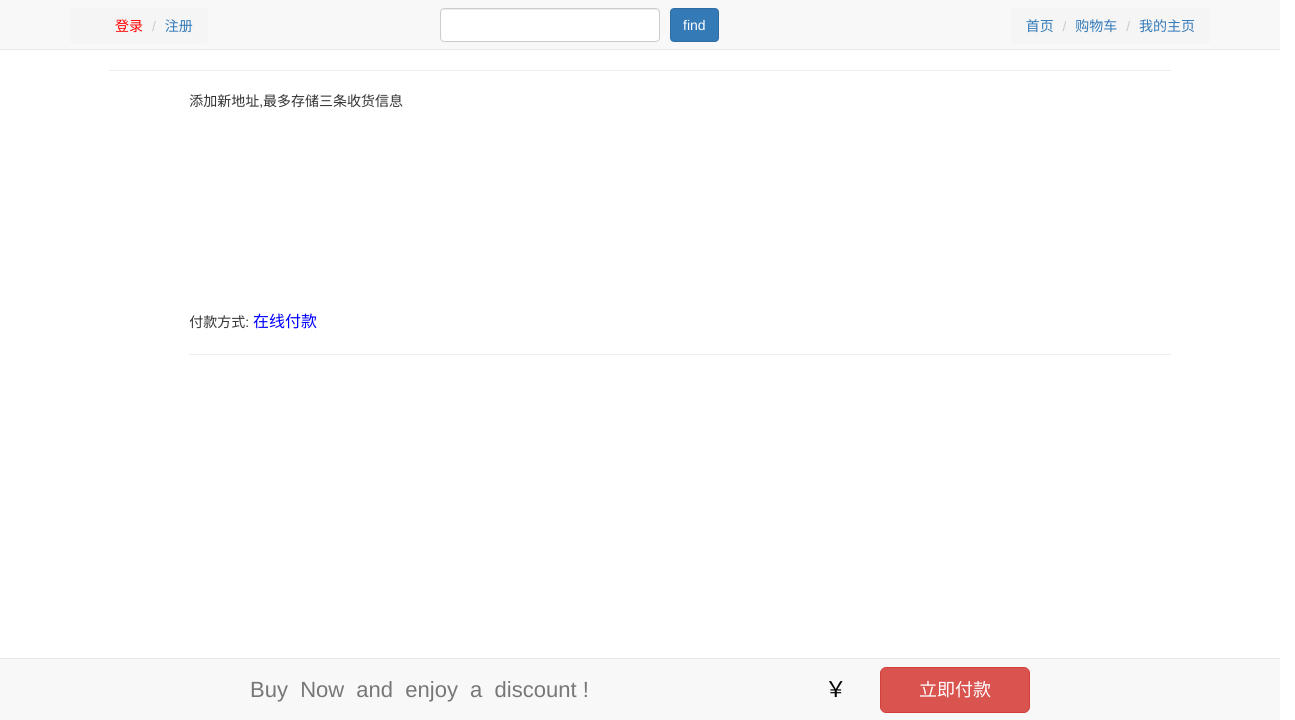
Repository: gaoKuoZqq/ExerciseJavaWebProject
Page: http://localhost/new_mall/WEB-INF/jsp/pay.jsp
An editor plug-in stored every save of this project. The page is shown before and after the next save, followed by the edit.
The browser window is 1280 px wide. The page is 1295 px wide, so the pictures cover 1295 px, including what lies to the right of the window. The pictures show the whole page.
The page is served by Tomcat 9. Nobody is signed in. Other server files are loaded and not shown. The template is opened directly, without the code that normally fills it, so the values that code supplies are empty.

Above is the page before, as saved 2017-10-21 06:55:01.

### new_mall/WebContent/WEB-INF/jsp/pay.jsp
<%@ page language="java" contentType="text/html; charset=utf-8"
    pageEncoding="utf-8"%>
<%@taglib uri="http://java.sun.com/jsp/jstl/core" prefix="c"%>
<%@ taglib uri="http://java.sun.com/jsp/jstl/functions" prefix="fn" %>
<c:set var="ctx" value="${pageContext.request.contextPath}"></c:set>
<!DOCTYPE html PUBLIC "-//W3C//DTD HTML 4.01 Transitional//EN" "http://www.w3.org/TR/html4/loose.dtd">
<html>
<head>
<meta http-equiv="Content-Type" content="text/html; charset=utf-8">
<title>商城首页</title>
</head>
<body style="padding-top: 50px;">
	<jsp:include page="common.jsp" />
	<div class="row">
		<!-- 左侧留出1个格子 -->
		<div class="col-md-1 col-sm-1"></div>
		<!-- 展示区域 开始-->
		<div class="col-md-10 col-sm-10">
			<hr/>
			<!-- 收货地址 -->
			<div style="height:40px; margin-left:80px;">
				<p>添加新地址,最多存储三条收货信息</p>
			</div>
			<div class="row" style="height:180px;width:100%">
			<div class="col-md-2 col-sm-2" ></div>
			<c:forEach items="${shippingsList }" var="shipping" varStatus="status">
			<c:if test="${status.count < 4 }">
				<div class="col-md-3 col-sm-3" style="height:100%;background-color: gray;margin:15px;padding:10px;">
					<div style="height:40%;width:80%">
						<p>${shipping.receiver_name }&nbsp;&nbsp;&nbsp;${shipping.receiver_mobile }</p>
					</div>
					<div style="height:30%;width:80%">
						<p>${shipping.receiver_province }&nbsp;&nbsp;${shipping.receiver_city }&nbsp;&nbsp;${shipping.receiver_district }</p>
					</div>
					<div style="height:30%;width:80%">
						<p>${shipping.receiver_address }</p>
					</div>
				</div>
			</c:if>
			</c:forEach>
			</div>
			<div style="height:50px; margin-left:80px;">
				<p>付款方式: <span style="color:blue;font-size: 16px;">在线付款</span></p>
				<hr/>
			</div>
			<!-- 购物车信息 -->
			<c:forEach items="${cartsList}" var="cart">
				<div class="row" style="height: 150px;" id="cartDiv${cart.id }">
					<div class="col-md-1 col-sm-1"></div>
					<div class="col-md-2 col-sm-2">
						<img src="/pic/${cart.product.main_image }"
							style="height: 150px; width: 100%">
					</div>
					<div class="col-md-3 col-sm-3" style="padding-top: 50px;">
						<a style="display: block; width: 100%;">${cart.product.name }</a>
					</div>
					<div class="col-md-1 col-sm-1"
						style="padding-top: 55px;">
						<p id="price${cart.id }" style="margin: auto;">${cart.product.price }</p>
					</div>
					<div class="col-md-2 col-sm-2" style="padding-top: 55px;">
						<p>￥${cart.quantity }/件</p>
					</div>
					<div class="col-md-2 col-sm-2"
						style="padding-top: 55px;" id="totalPrice${cart.id }">
						共￥${cart.product.price * cart.quantity }</div>
				</div>
				<hr />
			</c:forEach>
		</div>
		<!-- 展示区域 结束-->
		<!-- 右侧留出1个格子 -->
		<div class="col-md-1 col-sm-1"></div>
	</div>
	<!-- 底部的导航条开始 -->
	<nav class="navbar navbar-default navbar-fixed-bottom">
		<div class="container">
			<p class="navbar-text" style="font-size:22px;margin-left:180px;">
				Buy&nbsp;&nbsp;Now&nbsp;&nbsp;and&nbsp;&nbsp;enjoy&nbsp;&nbsp;a&nbsp;&nbsp;discount&nbsp;!
			</p>
			<button onclick="goAddOrder()" type="button" class="btn btn-danger btn-lg"
				style="float:right;margin-right:180px;margin-top:8px;width:150px;">立即付款</button>
			<p id="payment" class="navbar-text" style="font-size:22px; float:right; color:black;">￥${payment }&nbsp;&nbsp;&nbsp;</p>
		</div>
	</nav>
	<!-- 底部的导航条结束 -->
</body>
<script type="text/javascript">
</script>
</html>

### new_mall/WebContent/WEB-INF/jsp/common.jsp
<%@ page language="java" contentType="text/html; charset=utf-8"
    pageEncoding="utf-8"%>
<%@ page import="com.mall.*" %>
<%@page import="java.util.*"%>
<%@taglib uri="http://java.sun.com/jsp/jstl/core" prefix="c"%>
<c:set var="ctx" value="${pageContext.request.contextPath}"></c:set>
<!DOCTYPE html PUBLIC "-//W3C//DTD HTML 4.01 Transitional//EN" "http://www.w3.org/TR/html4/loose.dtd">
<html>
<head>
<meta http-equiv="Content-Type" content="text/html; charset=utf-8">
	<link href="${ctx }/resource/lib/bootstrap.min.css" rel="stylesheet" type="text/css" />
	<script src="${ctx }/resource/lib/jquery-3.2.1.min.js"></script>
	<script src="${ctx }/resource/lib/layer-v3.1.0/layer/layer.js"></script>
	<script src="${ctx }/resource/lib/bootstrap.min.js"></script>
</head>
<body>
	<nav class="navbar navbar-default navbar-fixed-top">
		<div class="container" style="height: 30px; margin: 8px auto 0px;">
			<ol class="breadcrumb" style="margin-top: 7px;  margin: auto; float: left;">
			<c:if test="${empty user }">
				<li style=";margin-left: 30px;"><a style="color:red" href="javaScript:openLogin()">登录</a></li>
				<li><a href="javaScript:openGoAddUser()">注册</a></li>
			</c:if>
			<c:if test="${not empty user }">
				<li><a style="color:red">${user.username }</a></li>
				<li><a href="javaScript:logOut()">注销</a></li>
			</c:if>
			</ol>
			<div style="position:absolute;left:50%;margin-left:-200px">
				<form action="${ctx }/product/find.shtml" method="post">
					<input type="hidden" name="product.category_id" value="${pageBean.product.category_id }"/>
					<input type="text" class="form-control" style="width:220px;float:left;"
						name="product.name" value="${pageBean.product.name }"/>
					<input class="btn btn-primary" type="submit"
						style="float:left;margin-left:10px;" value="find"/>
				</form>
			</div>
			<ol class="breadcrumb" style="margin-top: 7px;  margin: auto; float: right;">
				<li><a href="${ctx }/home/gohome.shtml">首页</a></li>
				<li><a href="${ctx }/cart/gocart.shtml">购物车</a></li>
				<li><a href="#">我的主页</a></li>
			</ol>
		</div>
	</nav>
</body>
<script>
    function openLogin(){
        layer.open({
            type:2,//（iframe层）
            title:'用户登录',
            area: ['350px', '300px'],
            offset: '50px',//只定义top坐标，水平保持居中
            content:"${ctx}/user/gologin.shtml"
        });
    }

    function openGoAddUser(){
        layer.open({
            type:2,//（iframe层）
            title:'用户登录',
            area: ['350px', '550px'],
            offset: '50px',//只定义top坐标，水平保持居中
            content:"${ctx}/user/goadd.shtml"
        });
    }

    function logOut(){
    	$.ajax(
    		"${ctx}/user/logout.shtml",
    	)
    	window.location.reload();
    }
</script>
</html>

Loaded but not shown: new_mall/WebContent/resource/lib/bootstrap.min.css (library); new_mall/WebContent/resource/lib/jquery-3.2.1.min.js (library); new_mall/WebContent/resource/lib/layer-v3.1.0/layer/layer.js (library); new_mall/WebContent/resource/lib/bootstrap.min.js (library); new_mall/WebContent/resource/lib/layer-v3.1.0/layer/theme/default/layer.css (library)

After the next save:
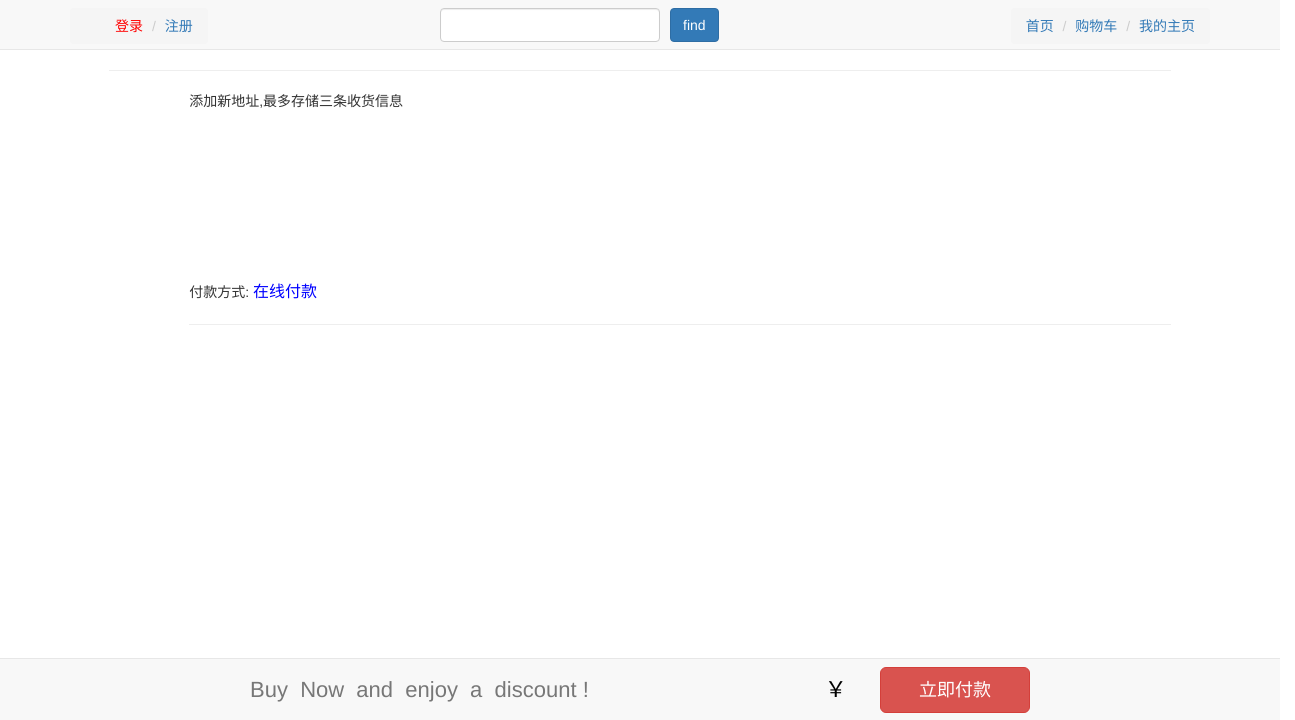
Saved 10 s later.
--- a/new_mall/WebContent/WEB-INF/jsp/pay.jsp
+++ b/new_mall/WebContent/WEB-INF/jsp/pay.jsp
@@ -21,7 +21,7 @@
 			<div style="height:40px; margin-left:80px;">
 				<p>添加新地址,最多存储三条收货信息</p>
 			</div>
-			<div class="row" style="height:180px;width:100%">
+			<div class="row" style="height:150px;width:100%">
 			<div class="col-md-2 col-sm-2" ></div>
 			<c:forEach items="${shippingsList }" var="shipping" varStatus="status">
 			<c:if test="${status.count < 4 }">
